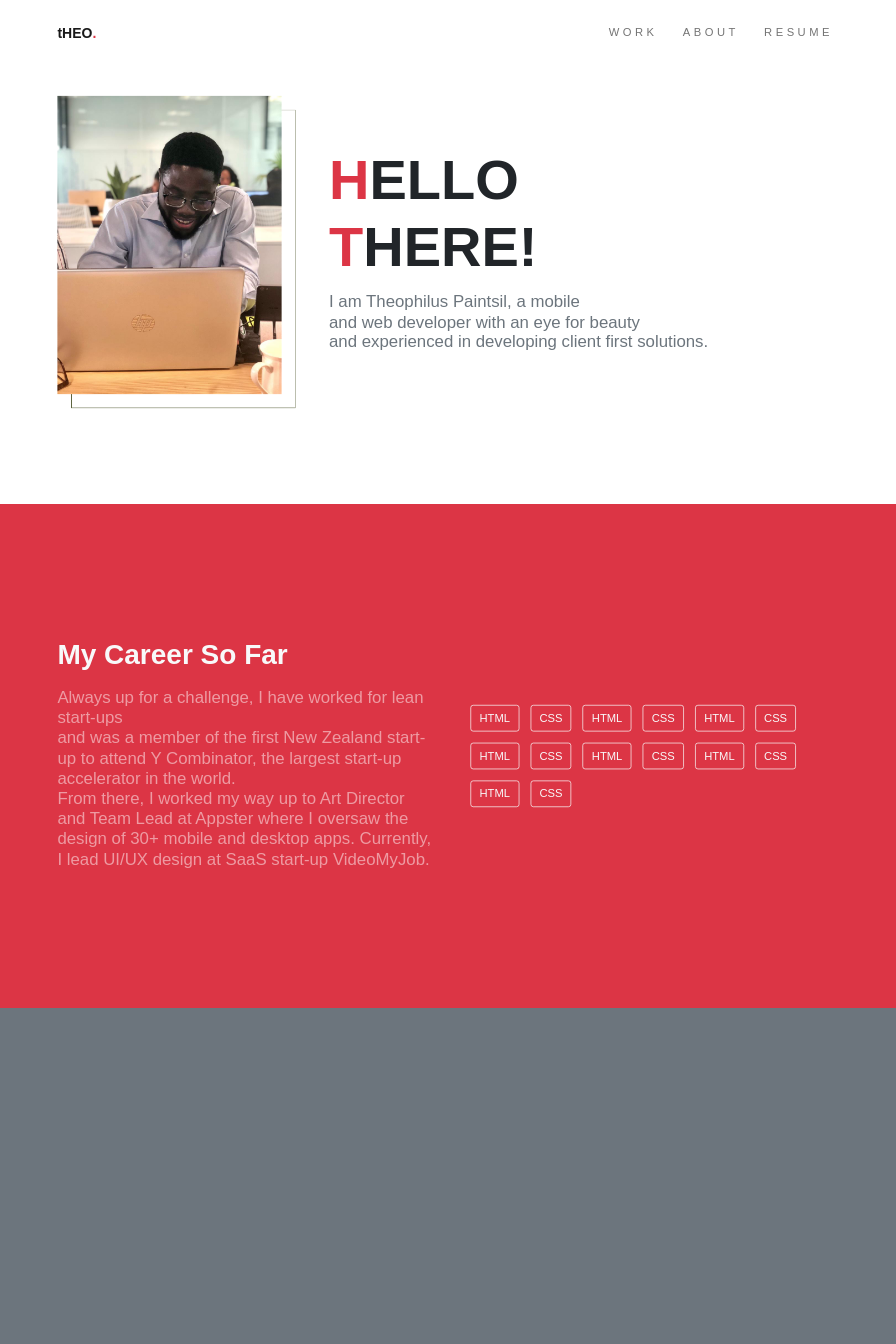
Repository: tHEO2k17/portfolio
Page: /
An editor plug-in stored every save of this project. The page is shown before and after a run of saves, followed by the edit.
The browser window is 1280 px wide. The pictures show the part of the page from y = 0 to 1920 px (the page is 3000 px tall), at 70% of full size.
The project was rebuilt for these pictures with package versions that can differ from the ones it lists, and the page was loaded fresh each time.

Above is the page before, as saved 2021-07-22 10:43:19.

After the next 2 saves:
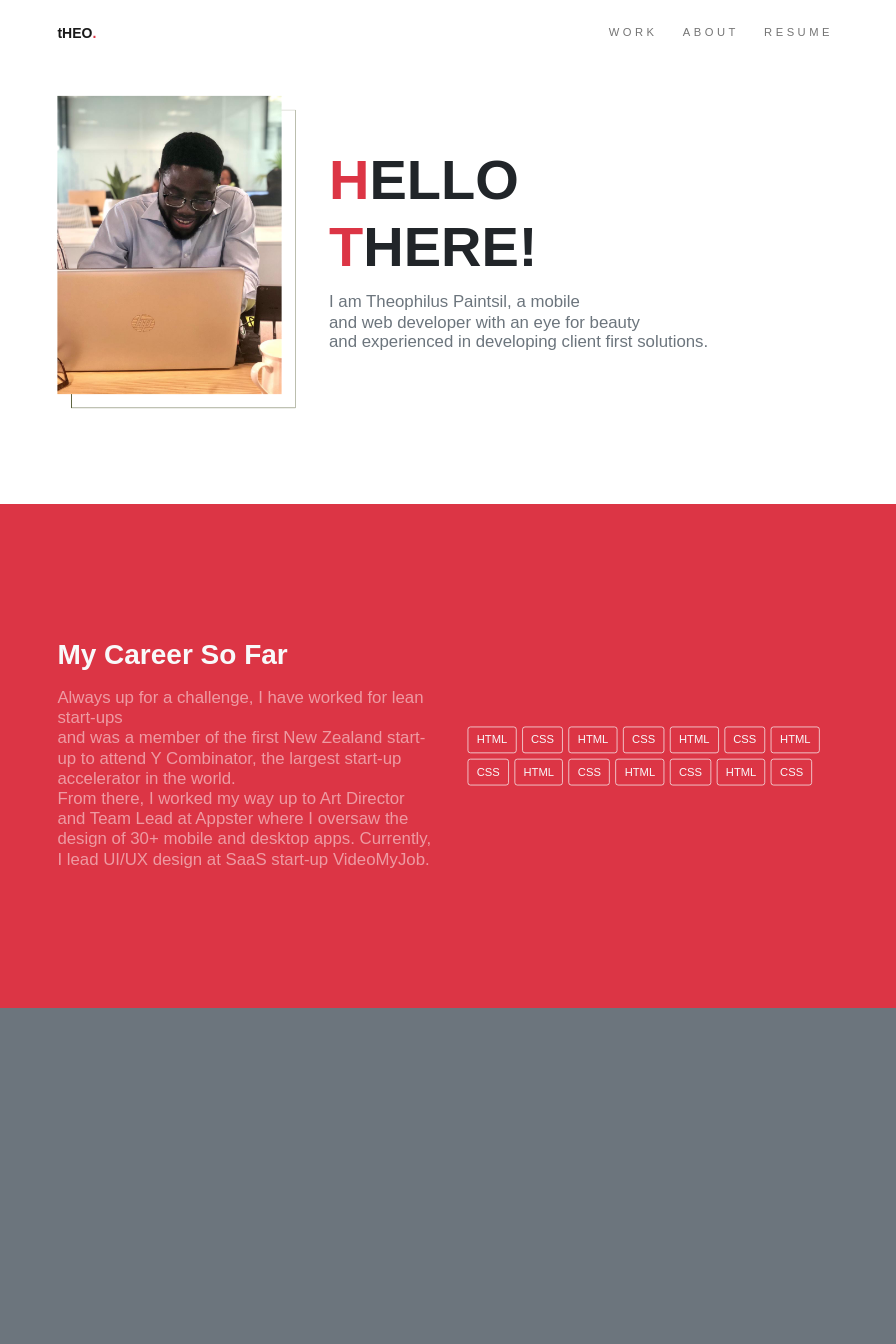
The 2 saves are shown as one change because they came seconds apart.
The last was saved 9 s later.
--- a/src/presentation/pages/HomePage.tsx
+++ b/src/presentation/pages/HomePage.tsx
@@ -3,7 +3,7 @@ import { Col, Container, Nav, Navbar, Row, Image, Button } from "react-bootstrap
 export default function HomePage() {
 
     const renderExperiences = () => {
-        return ['HTML', 'CSS', 'HTML', 'CSS','HTML', 'CSS','HTML', 'CSS','HTML', 'CSS','HTML', 'CSS','HTML', 'CSS'].map((e) => <Button variant="outline-light" className="m-2">{e}</Button> );
+        return ['HTML', 'CSS', 'HTML', 'CSS','HTML', 'CSS','HTML', 'CSS','HTML', 'CSS','HTML', 'CSS','HTML', 'CSS'].map((e) => <Button variant="outline-light" className="m-1">{e}</Button> );
     }
 
     return (
